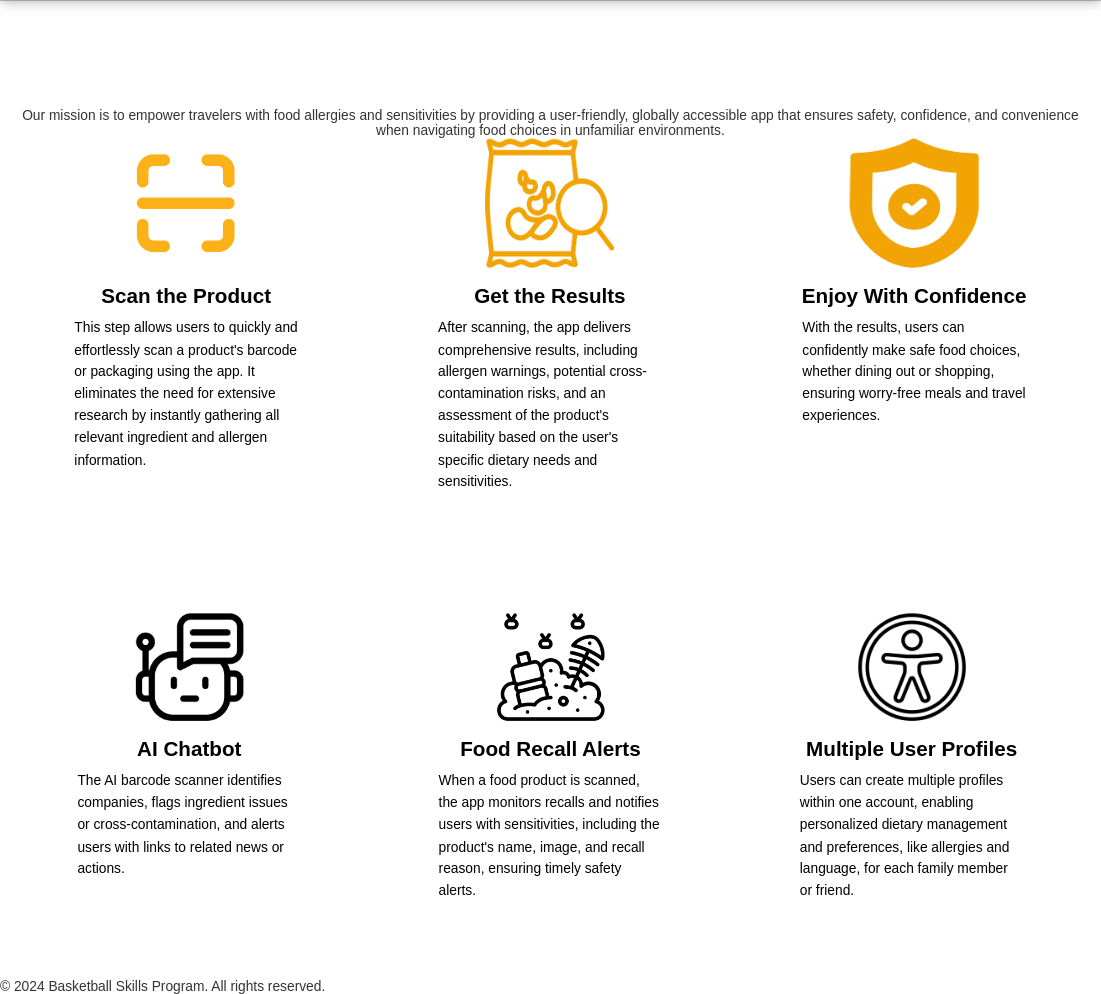
Repository: GavinPahal/landingpage
Page: /
The author's editor kept a copy of each file at every save. The page is drawn from the files as they stood at one save, then again after the next save.
The browser window is 1280 px wide. The pictures show the part of the page from y = 720 to 1984 px (the page is 1876 px tall before and 1984 px after), at 86% of full size.
The project was rebuilt for these pictures with package versions that can differ from the ones it lists, and the page was loaded fresh each time. The framework's server and built-in components were replaced by stand-ins that run in the browser. Also part of the build but not shown: next.config.mjs.

Above is the page before, as saved 2024-11-28 15:48:21.

After the next save:
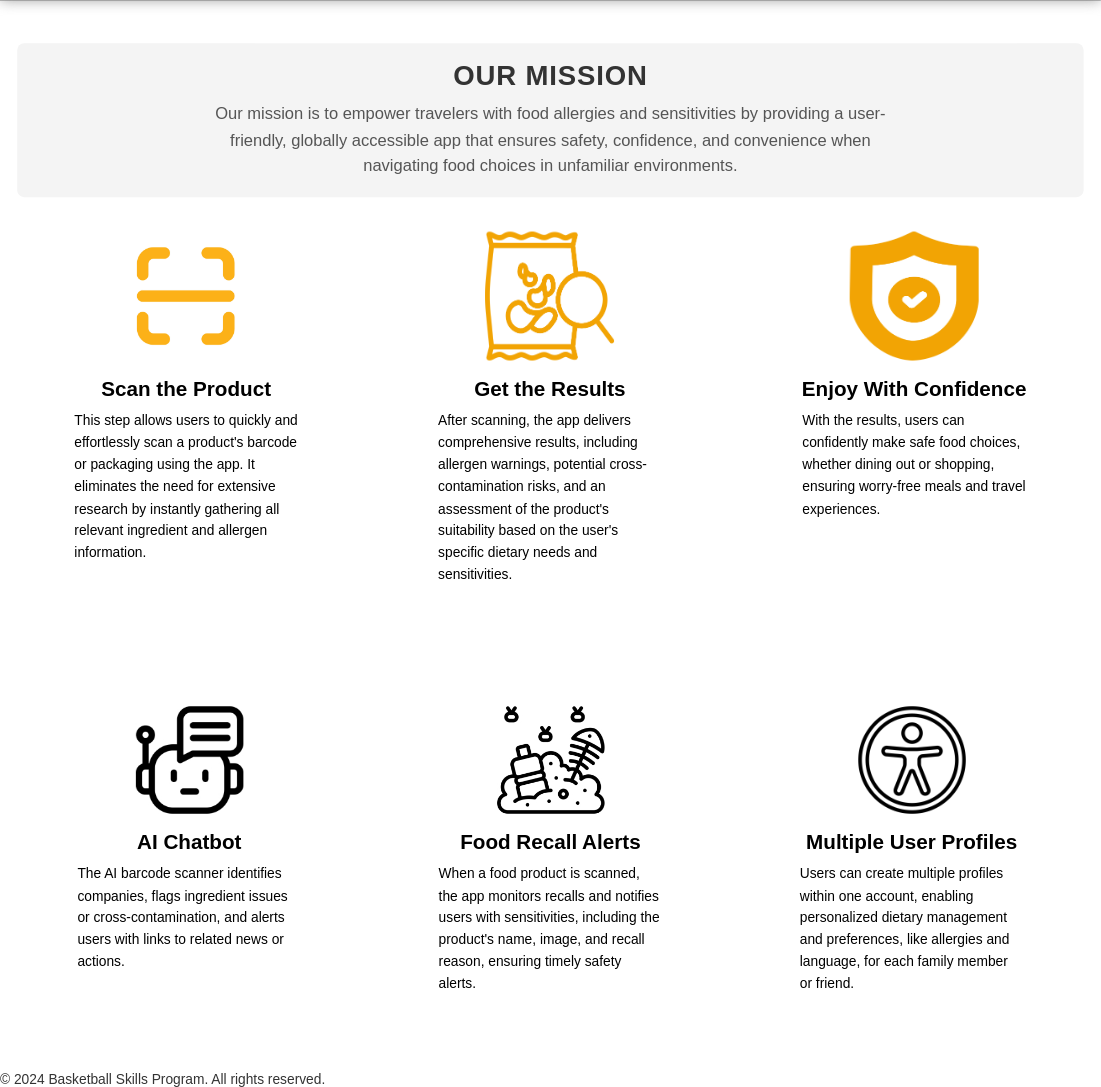
Saved 26 s later.
--- a/styles/globals.css
+++ b/styles/globals.css
@@ -240,6 +240,30 @@ body {
   text-align: left;
 }
 
+.missionStatement {
+  text-align: center; /* Center the text */
+  margin-bottom: 40px; /* Add some spacing below the mission statement */
+  padding: 20px;
+  background-color: #f4f4f4; /* Light background for the mission statement */
+  border-radius: 8px; /* Rounded corners */
+}
+
+.missionStatement h2 {
+  font-size: 2rem;
+  font-weight: bold;
+  color: #333;
+  margin-bottom: 10px;
+}
+
+.missionStatement p {
+  font-size: 1.2rem;
+  line-height: 1.6;
+  color: #555;
+  max-width: 800px;
+  margin: 0 auto; /* Center the paragraph */
+}
+
+
 
 @media (max-width: 1024px) {
   .hero {
